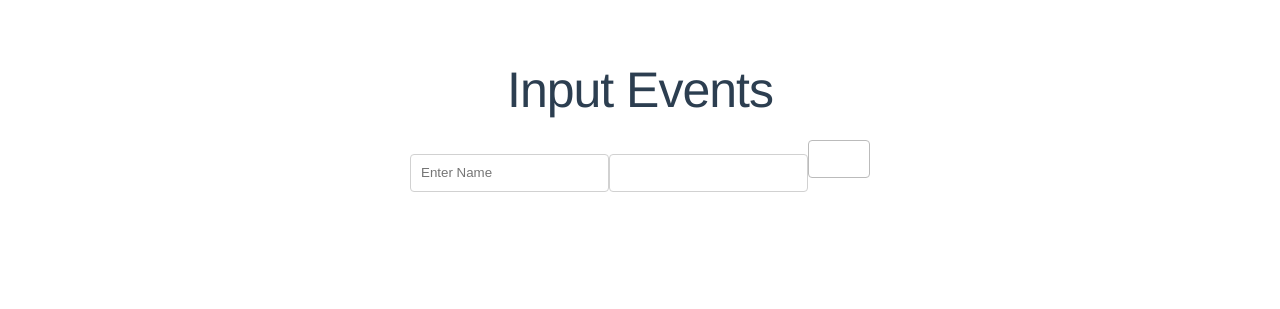
Repository: chsvk/Vue-JS-Course
Page: /
The author's editor kept a copy of each file at every save. The page is drawn from the files as they stood at one save, then again after the next save.
The browser window is 1280 px wide. The pictures show the whole page.
The project was rebuilt for these pictures with package versions that can differ from the ones it lists, and the page was loaded fresh each time. Also part of the build but not shown: src/components/HelloWorld.vue.

Above is the page before, as saved 2019-03-11 22:45:57.

### public/index.html
<!DOCTYPE html>
<html lang="en">
  <head>
    <meta charset="utf-8">
    <meta http-equiv="X-UA-Compatible" content="IE=edge">
    <meta name="viewport" content="width=device-width,initial-scale=1.0">
    <link rel="icon" href="<%= BASE_URL %>favicon.ico">
    <link rel="stylesheet" href="https://cdnjs.cloudflare.com/ajax/libs/skeleton/2.0.4/skeleton.min.css">
    <title>testproject</title>
  </head>
  <body>
    <noscript>
      <strong>We're sorry but testproject doesn't work properly without JavaScript enabled. Please enable it to continue.</strong>
    </noscript>
    <div id="app"></div>
    <!-- built files will be auto injected -->
  </body>
</html>

### src/App.vue
<template>
  <div id="app">
   <h1>Input Events</h1>

   <form @submit="submitPressed()" action="">
     <input type="text" @blur="blur()" placeholder="Enter Name" v-model="name">
    <input type="text" @focus="focus()">
    <button type="submit"></button>
   </form>
   <form @submit.once="submitPressedOnce()" action=""></form>
  </div>
</template>

<script>
import HelloWorld from './components/HelloWorld.vue'

export default {
  name: 'app',
  data(){
    return{
      name: ""
    }
  },
  methods: {
    blur(){
      alert('Clicked Off input field')
    },
    focus(){
      alert('You Have focuessed')
    },
    submitPressed(){
      console.log(this.name)
    },
    submitPressedOnce(){
      console.log('The second form has been pressed')
    }
  }

}
</script>

<style lang="scss">
#app {
  font-family: 'Avenir', Helvetica, Arial, sans-serif;
  -webkit-font-smoothing: antialiased;
  -moz-osx-font-smoothing: grayscale;
  text-align: center;
  color: #2c3e50;
  margin-top: 60px;
}
</style>

Loaded but not shown: src/main.js (common file)

After the next save:
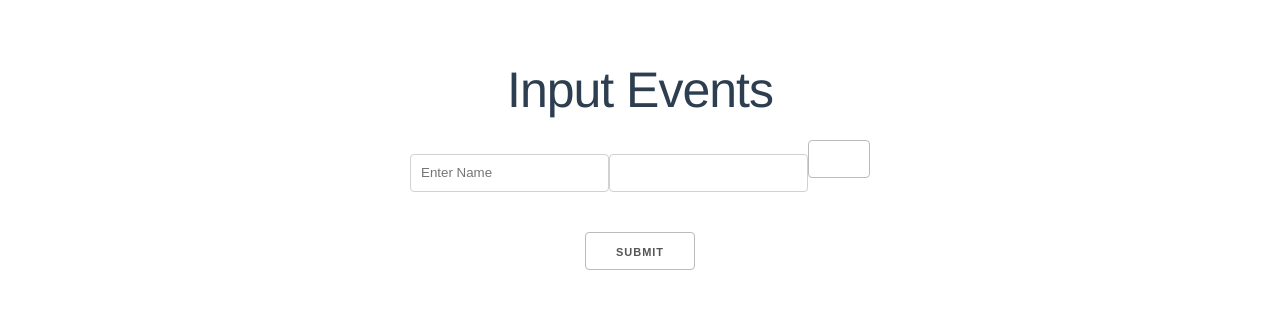
Saved 28 s later.
--- a/src/App.vue
+++ b/src/App.vue
@@ -7,7 +7,9 @@
     <input type="text" @focus="focus()">
     <button type="submit"></button>
    </form>
-   <form @submit.once="submitPressedOnce()" action=""></form>
+   <form @submit.once="submitPressedOnce()" action="">
+     <button type="submit">Submit</button>
+   </form>
   </div>
 </template>
 
